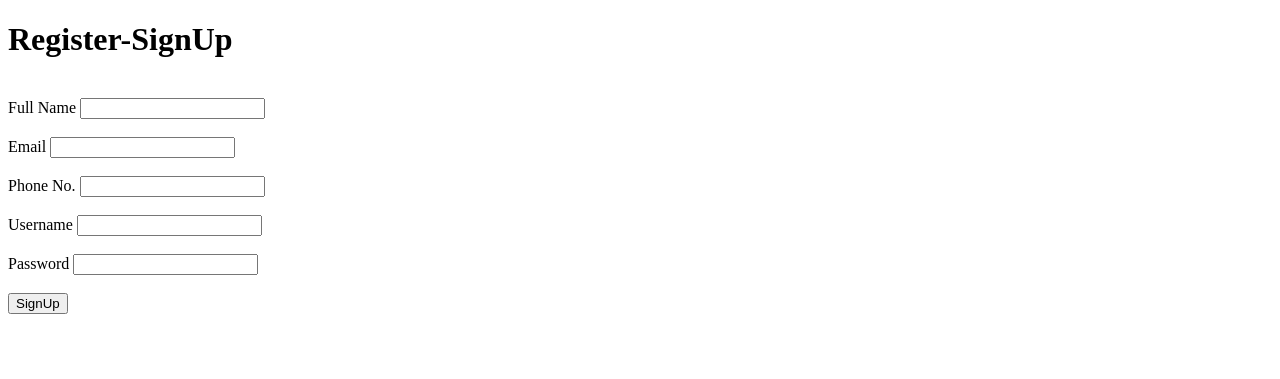
Repository: SwatiJajoriya/JPAForeignKey
Page: http://localhost/SportyShoes/registeruser.jsp
The author's editor kept a copy of each file at every save. The page is drawn from the files as they stood at one save, then again after the next save.
The browser window is 1280 px wide. The pictures show the whole page.
The page is served by Tomcat 9.

Above is the page before, as saved 2023-01-29 08:16:50.

After the next save:
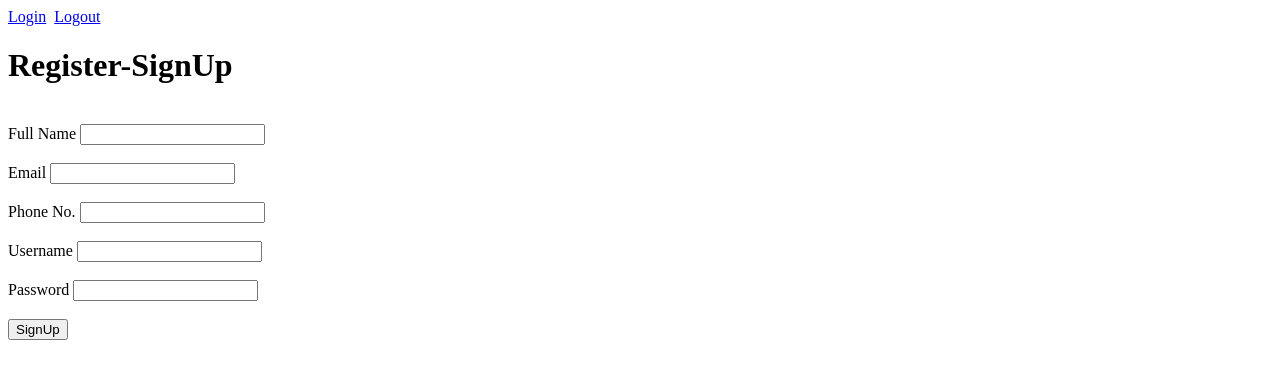
Saved 7 min 7 s later.
--- a/SportyShoes/src/main/webapp/registeruser.jsp
+++ b/SportyShoes/src/main/webapp/registeruser.jsp
@@ -7,6 +7,8 @@
 <title>Insert title here</title>
 </head>
 <body>
+<a href="userlogin.jsp">Login</a>&nbsp
+<a href="Logout.jsp">Logout</a><br>
 <h1>Register-SignUp</h1>
 <br>
 <form action="registeruser">
